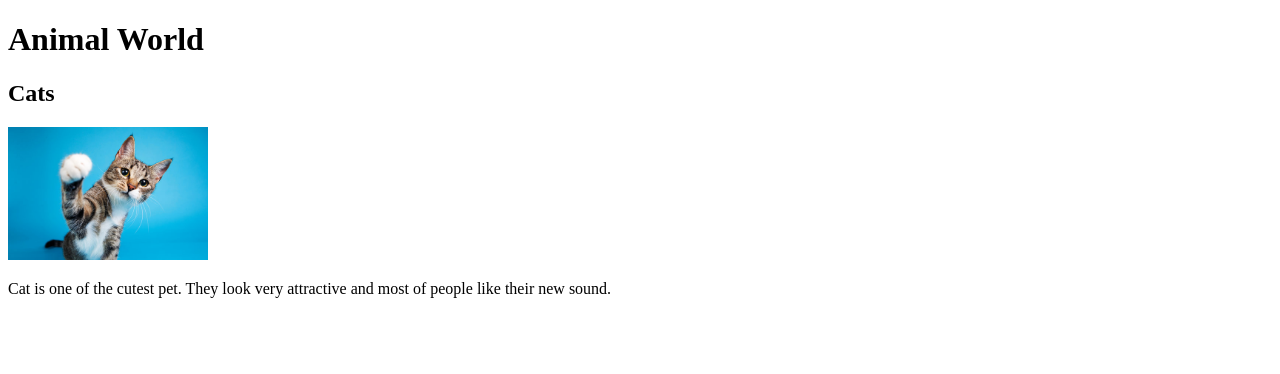
Repository: DhananjayaLakshan/Uom-Web_Design_For_Beginners
Page: Ajax/index.html
These files come from the project's save history. The page is drawn as it stood at one moment and after the next save; the edit follows.
The browser window is 1280 px wide. The pictures show the whole page.

Above is the page before, as saved 2023-12-02 22:44:49.

After the next save:
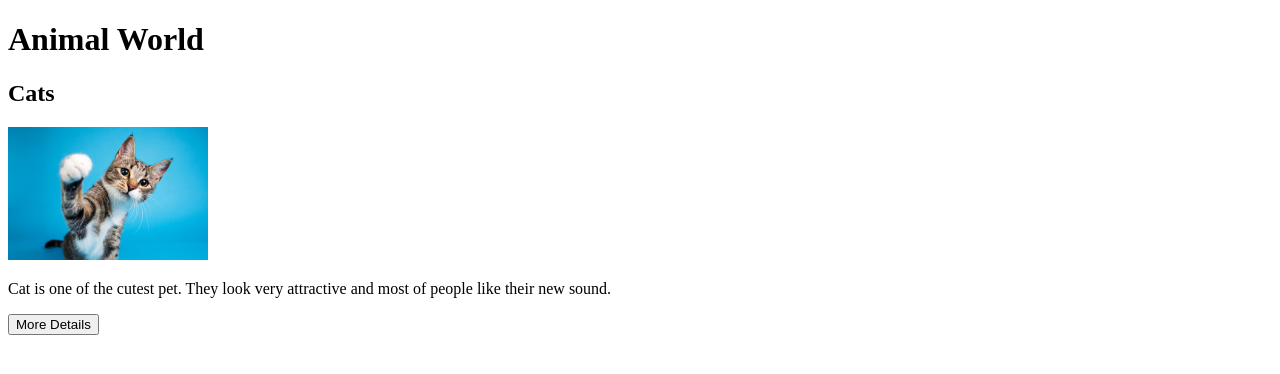
Saved 31 s later.
--- a/Ajax/index.html
+++ b/Ajax/index.html
@@ -14,6 +14,8 @@
         <p>Cat is one of the cutest pet. They look very attractive and most of people like their new sound. </p>
     </div>
 
+    <button id="button1">More Details</button>
+
 
 </body>
 </html>
